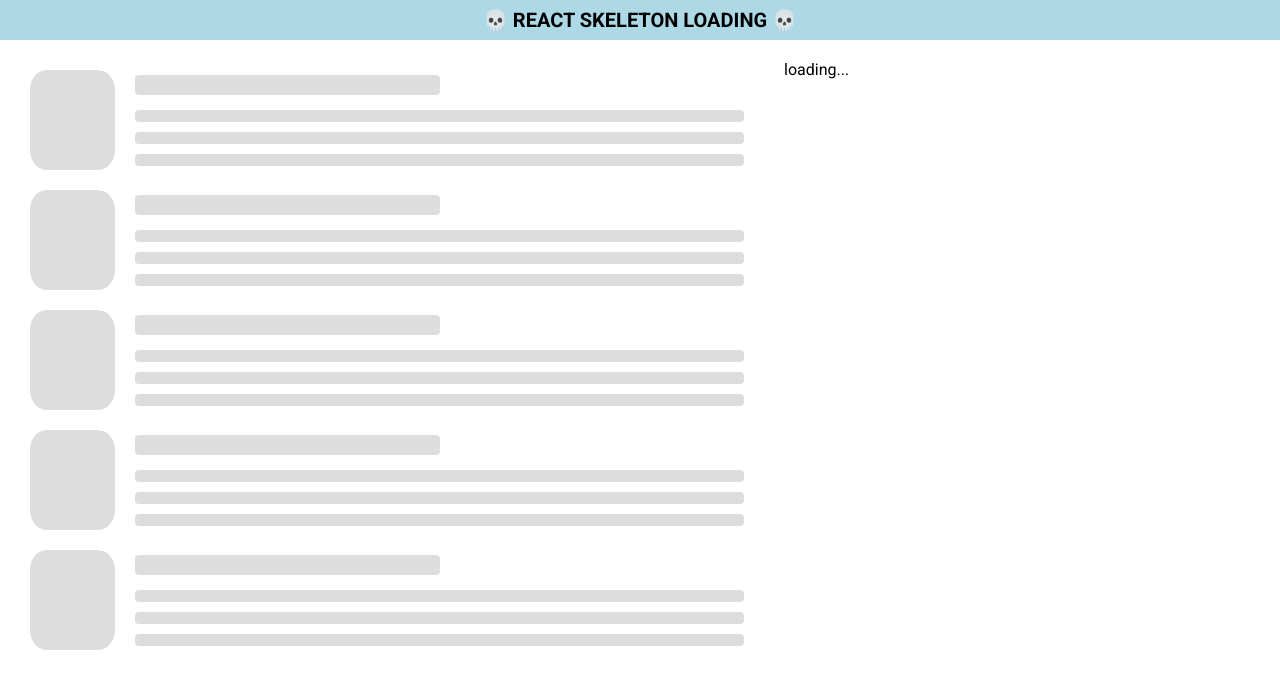
Repository: ethanJones21/React-Skeleton-Loading
Page: /
These files come from the project's save history. The page is drawn as it stood at one moment and after the next save; the edit follows.
The browser window is 1280 px wide. The pictures show the whole page.
The page's requests for data from a server got no answer. The project was rebuilt for these pictures with package versions that can differ from the ones it lists, and the page was loaded fresh each time. No one was signed in, and anything a server would have sent is missing. Also part of the build but not shown: src/components/Post.css, src/components/Post.js.

Above is the page before, as saved 2020-11-26 03:20:24.

After the next save:
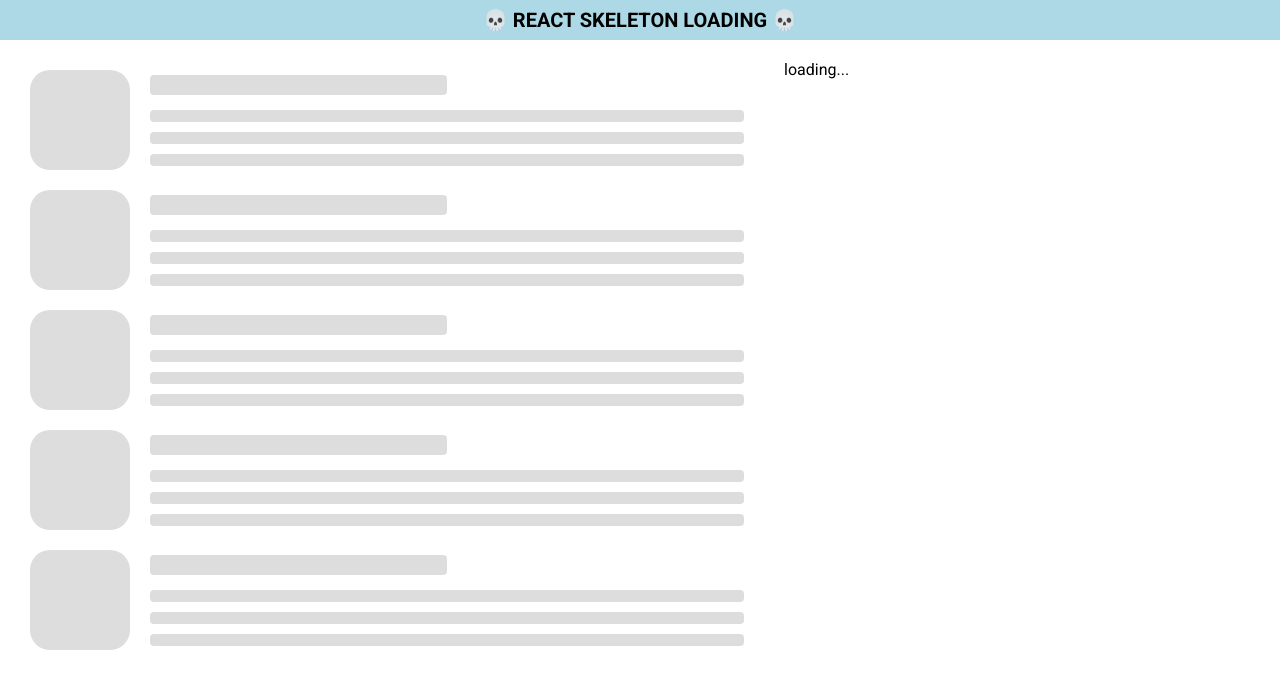
Saved 24 s later.
--- a/src/skeleton/Skeleton.css
+++ b/src/skeleton/Skeleton.css
@@ -17,7 +17,7 @@
 }
 
 .skeleton.avatar {
-  width: 100px;
+  width: 120px;
   height: 100px;
   border-radius: 20%;
 }
